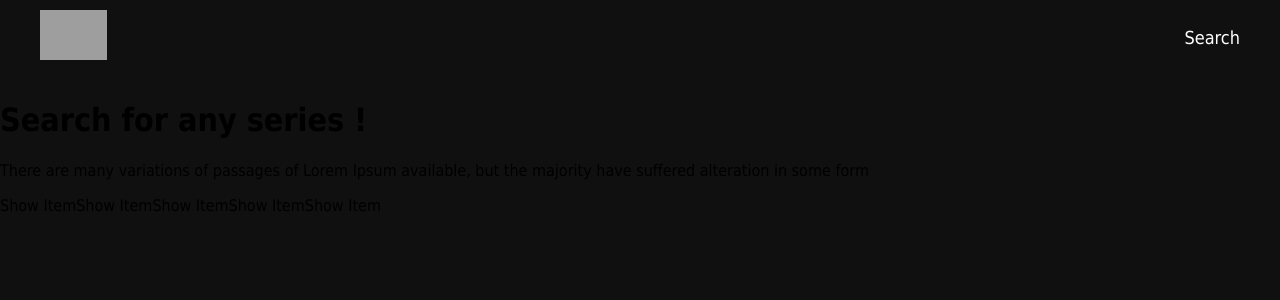
Repository: ahmedhamed15/React-Movies-App
Page: /#/search
An editor plug-in stored every save of this project. The page is shown before and after the next save, followed by the edit.
The browser window is 1280 px wide. The pictures show the whole page.
Pictures or frames that could not be fetched are drawn as grey boxes. The project was rebuilt for these pictures with package versions that can differ from the ones it lists, and the page was loaded fresh each time. Also part of the build but not shown: src/Pages/HomePage.js, src/Components/Shows/Show.js, src/Pages/ShowPage.js.

Above is the page before, as saved 2021-07-18 20:51:34.

After the next save:
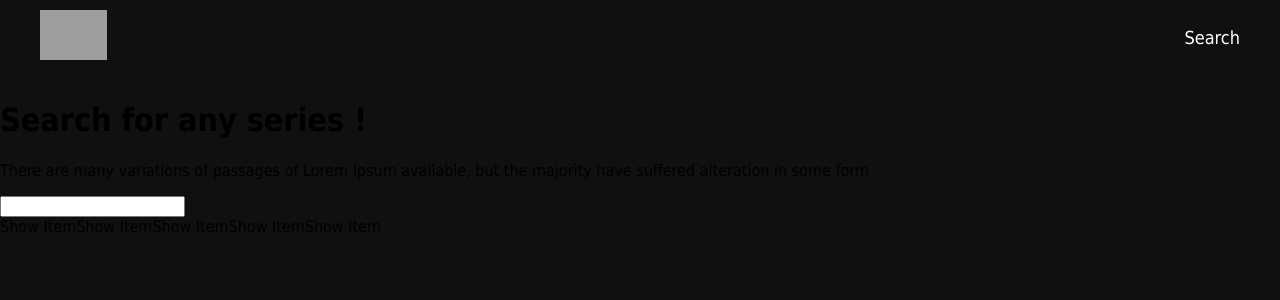
Saved 40 s later.
--- a/src/Components/Search/Search.js
+++ b/src/Components/Search/Search.js
@@ -5,6 +5,9 @@ const Search = () => {
         <div className="search-content">
             <h1> Search for any series ! </h1>
             <p> There are many variations of passages of Lorem Ipsum available, but the majority have suffered alteration in some form </p>
+            <form>
+                <input type="search" className="search-field" />
+            </form>
         </div>
     )
 }
